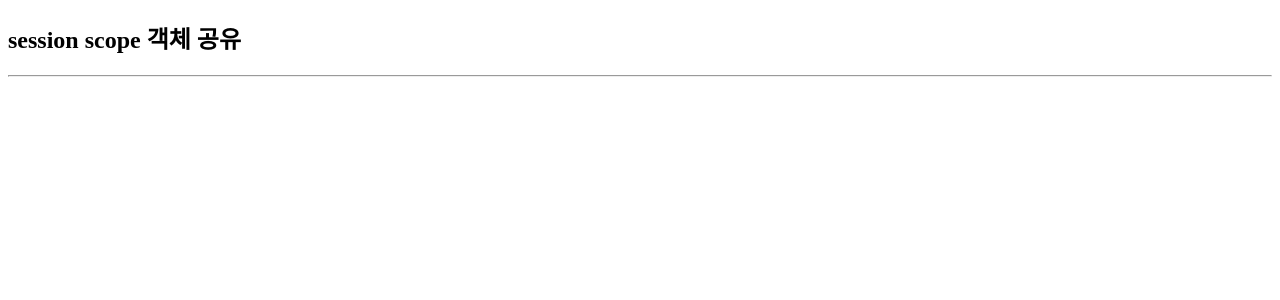
Repository: kdg0109/multicampus_course
Page: http://localhost/mvc/visitor
An editor plug-in stored every save of this project. The page is shown before and after the next save, followed by the edit.
The browser window is 1280 px wide. The pictures show the whole page.
The page is served by Tomcat 9. Queries for data that is not in the repository find no rows.

Above is the page before, as saved 2018-02-09 00:58:28.

After the next save:
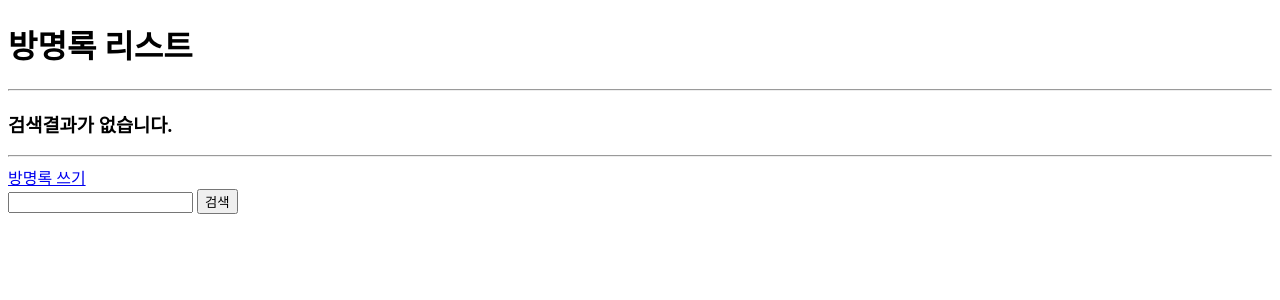
Saved 29 s later.
--- a/web course/workspace_web/mvc/WebContent/jspexam/visitorview.jsp
+++ b/web course/workspace_web/mvc/WebContent/jspexam/visitorview.jsp
@@ -1,6 +1,6 @@
 <%@ page language="java" contentType="text/html; charset=UTF-8"
     pageEncoding="UTF-8"%>
-<%@ page import="model.vo.VisitorVO" %>
+<%@ page import="model.vo.VisitorVO" import="java.util.ArrayList" %>
 <!DOCTYPE html>
 <html>
 <head>
@@ -8,10 +8,67 @@
 <title>JSP 예제</title>
 </head>
 <body>
-	<h2>session scope 객체 공유</h2>
+	<h1>방명록 리스트</h1>
 	<hr>
 <%
-	VisitorVO vo = (VisitorVO)session.getAttribute("arrayList");
+
+	String type = (String)request.getAttribute("type");
+	if(type.equals("select")){
+		String isNaA =  (String)request.getAttribute("isNaA");
+
+		if(isNaA.length() > 1){
 %>
+		<h3><%= isNaA  %></h3>
+<%
+		}else{
+			ArrayList<VisitorVO> list = (ArrayList<VisitorVO>)request.getAttribute("arrayList");
+%>
+			<table border="1">
+<%
+			for(VisitorVO vo : list){
+%>
+			<tr>
+				<td><%= vo.getName()%></td>
+				<td><%= vo.getWriteDate()%></td>
+				<td><%= vo.getMemo()%></td>
+			</tr>
+<%
+			}
+%>
+			</table>
+<%
+		}
+%>
+		<hr><a href='/mvc/htmlexam/visitor.html'>방명록 쓰기</a><br>
+		<form method="get" action="/mvc/visitor">
+		<input type='search' name = "searchText" >
+		<input type='submit' name="ok" value="검색">
+		</form>
+
+<%
+	}else if(type.equals("insert")){
+
+		boolean result = (boolean)request.getAttribute("result");
+		String name = (String)request.getAttribute("name");
+
+		if(result) {
+%>
+			<h2><%= name %> 님의 글이 저장되었습니다. </h2>
+<%
+		}else{
+%>
+			<h2><%= name %> 님!! 오류가 발생했어요... </h2>
+<%
+		}
+		%>
+		<a href='/mvc/visitor'>방명록 리스트 보기</a><br>
+		<form method="get" action='/mvc/visitor'>
+		<input type='search'  id = "searchId" name = "searchText" >
+		<input type='submit' name="ok" value="검색">
+		<%
+
+	}
+%>
+	</form>
 </body>
 </html>
